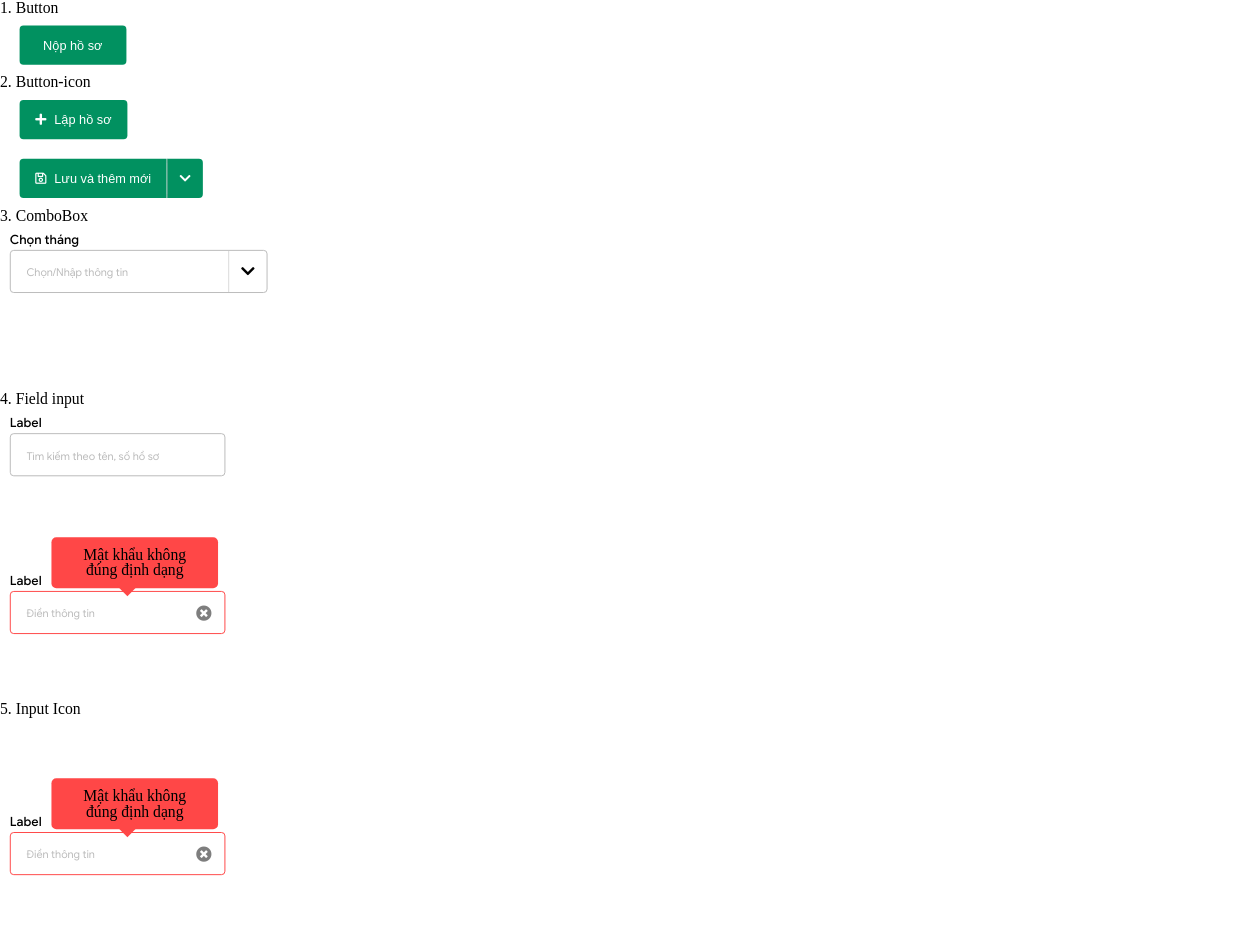
Repository: DAOVANLOI2K1/cukcuk_employeeGrid
Page: Page/index.html
An editor plug-in stored every save of this project. The page is shown before and after the next save, followed by the edit.
The browser window is 1280 px wide. The pictures show the whole page, at 98% of full size.

Above is the page before, as saved 2022-06-28 10:11:15.

After the next save:
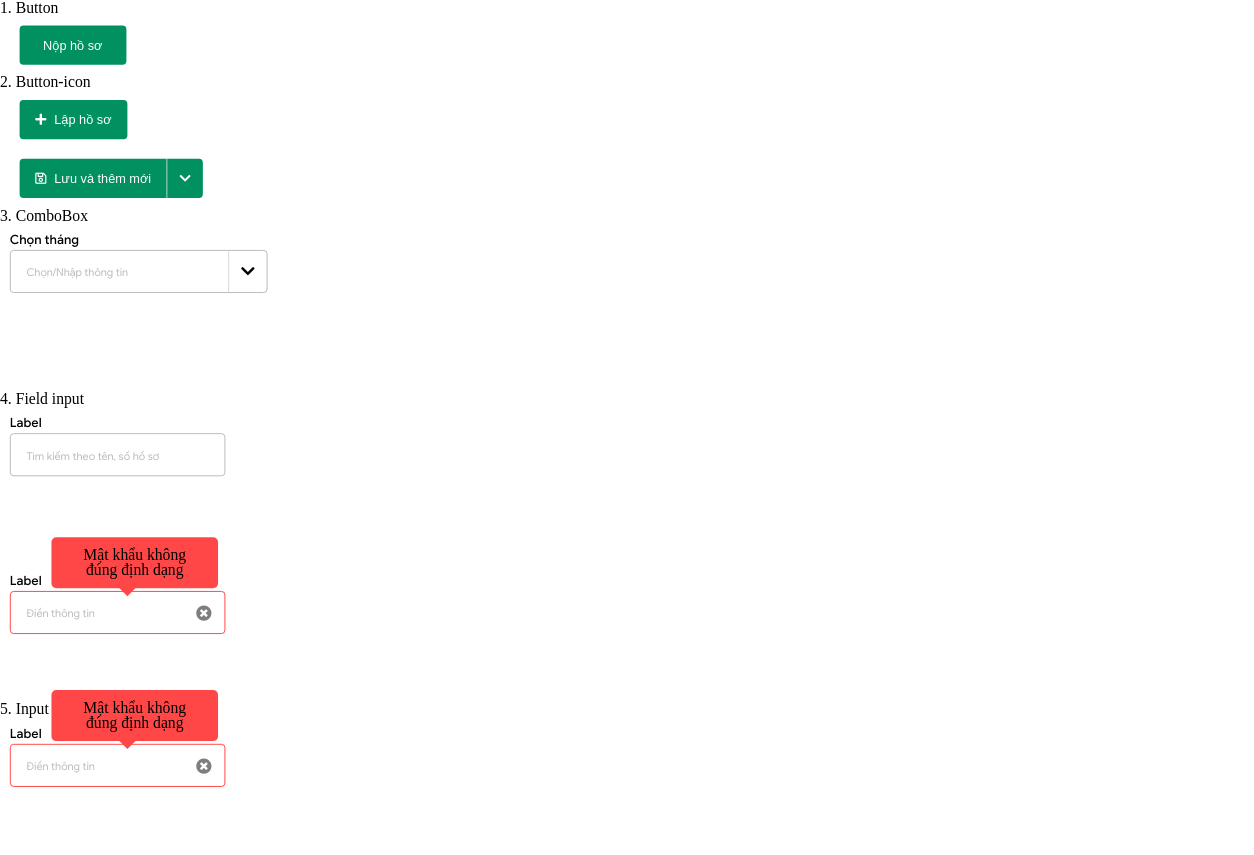
Saved 7 s later.
--- a/Page/index.html
+++ b/Page/index.html
@@ -54,7 +54,7 @@
         <i class="fas fa-times-circle error_icon"></i>
     </div>
     <label>5. Input Icon</label>
-    <div class="row" style="margin-top: 100px;">
+    <div class="row">
         <h3 class="label">Label</h3>
         <input type="text" class="ms-input error_input" placeholder="Điền thông tin">
         <div class="error_box">
